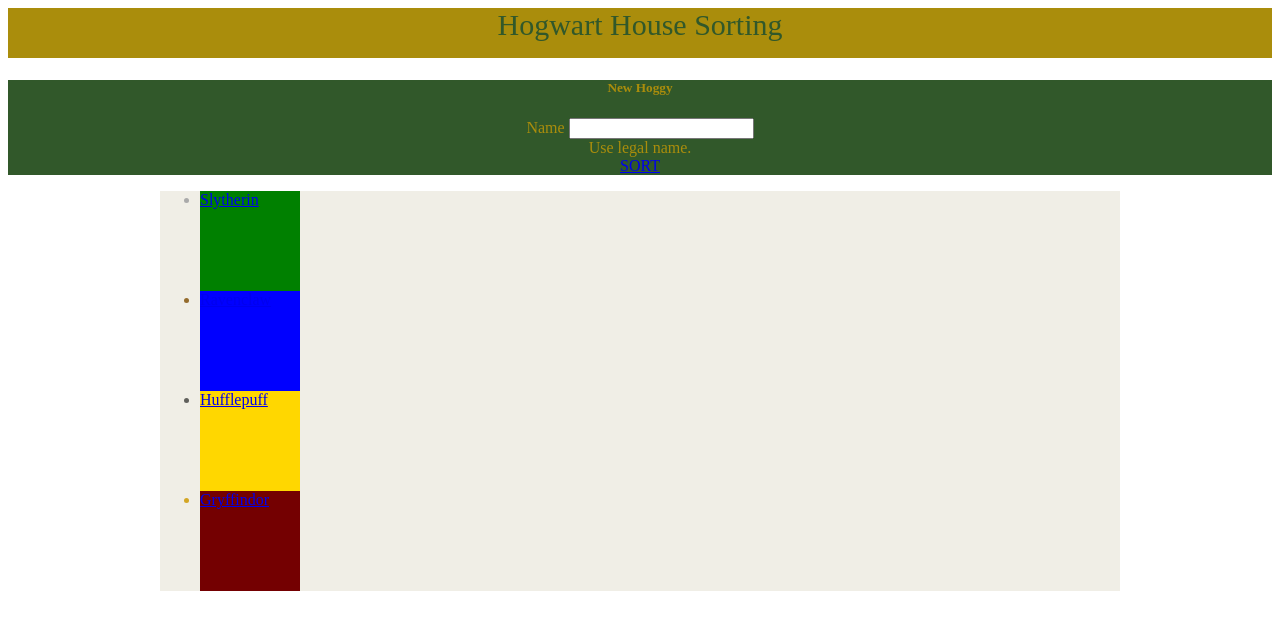
Repository: ZamlZam/INDIVIDUAL-PROJECT-sorting-hat
Page: index.html
The author's editor kept a copy of each file at every save. The page is drawn from the files as they stood at one save, then again after the next save.
The browser window is 1280 px wide. The pictures show the whole page.

Above is the page before, as saved 2023-04-29 12:09:27.

After the next save:
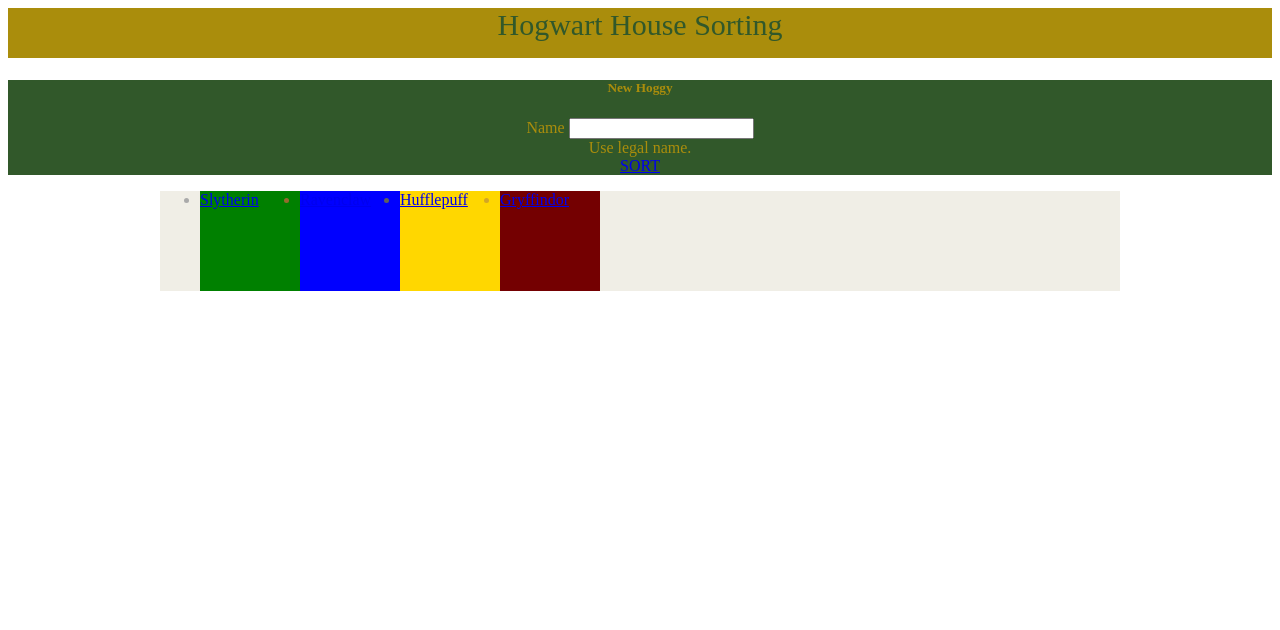
Saved 4 s later.
--- a/main.css
+++ b/main.css
@@ -29,7 +29,7 @@
   flex-direction: row-reverse; */
 }
 
-.{
+.Houses{
   display: flex;
 
 }
